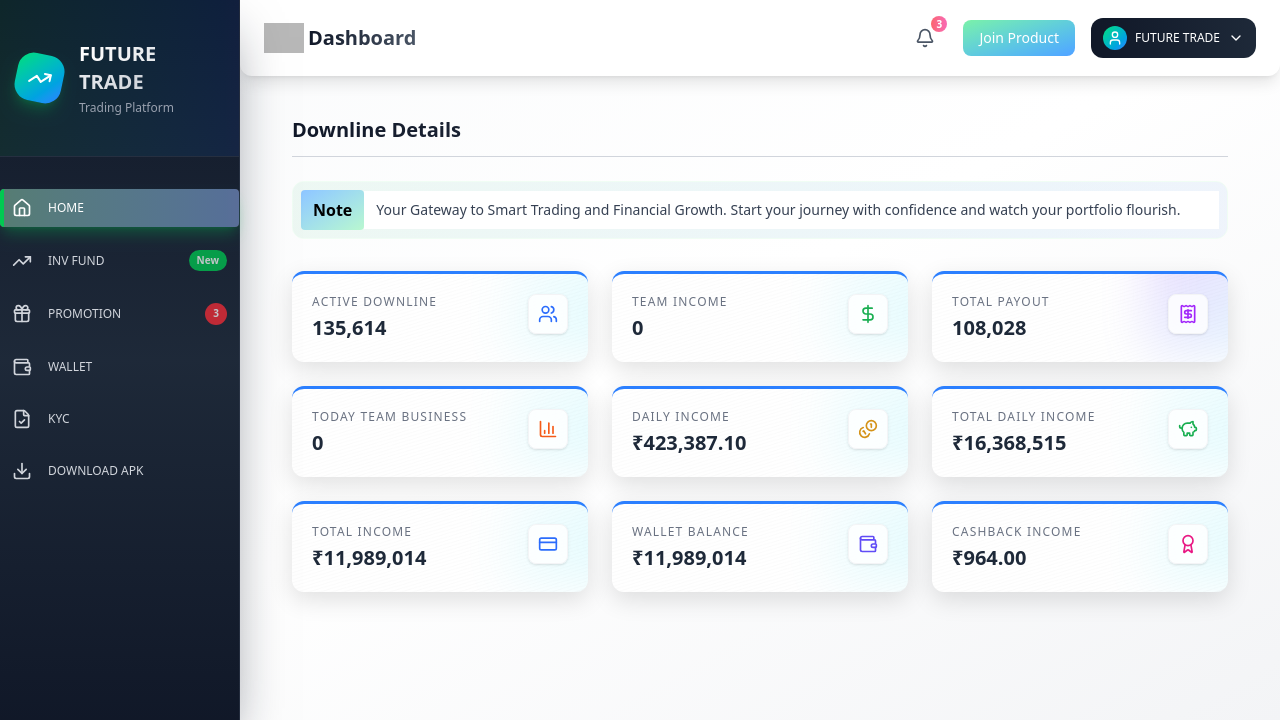
Repository: GauraVPandeyyy/Trade
Page: /
The author's editor kept a copy of each file at every save. The page is drawn from the files as they stood at one save, then again after the next save.
The browser window is 1280 px wide. The pictures show the whole page.
Pictures or frames that could not be fetched are drawn as grey boxes. The project was rebuilt for these pictures with package versions that can differ from the ones it lists, and the page was loaded fresh each time. Some packages were replaced by stand-ins written for this rebuild. Also part of the build but not shown: vite.config.js, src/App.jsx, src/pages/InvFund.jsx, src/pages/Promotion.jsx, src/pages/Wallet.jsx, src/pages/Kyc.jsx, src/pages/DownloadApk.jsx.

Above is the page before, as saved 2025-08-02 16:17:57.

After the next save:
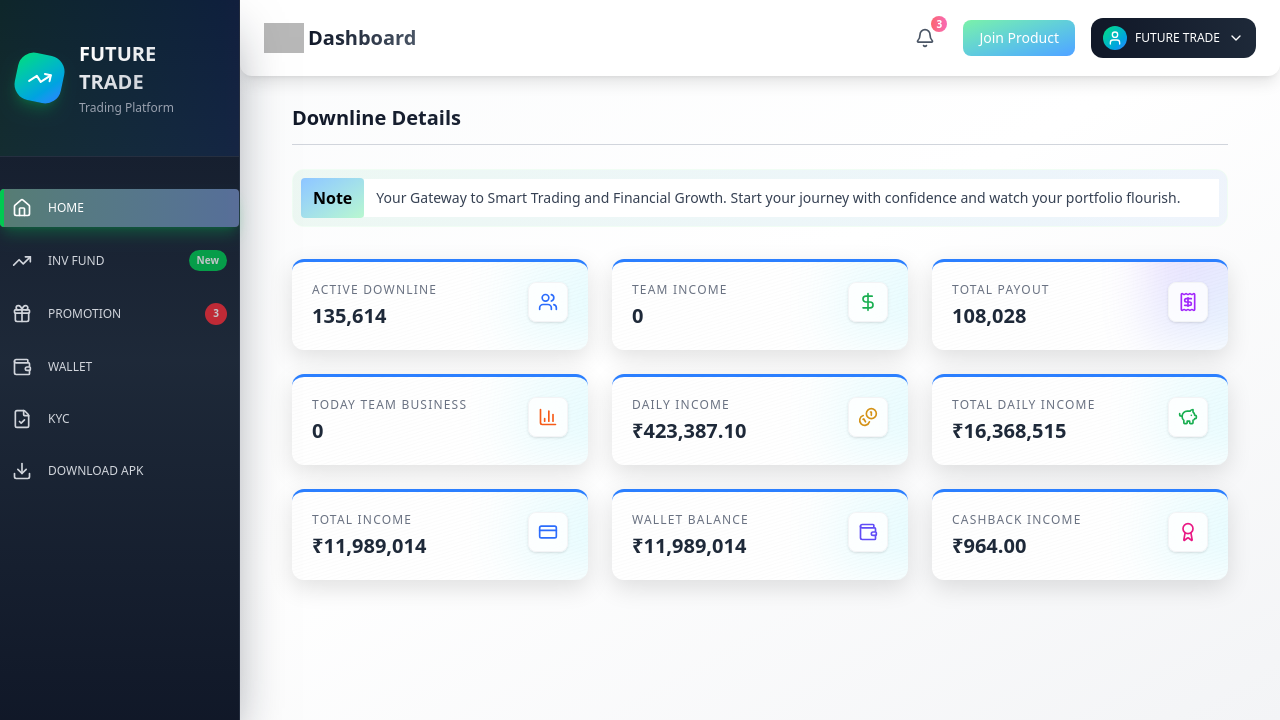
Saved 5 s later.
--- a/src/pages/Homee.jsx
+++ b/src/pages/Homee.jsx
@@ -40,7 +40,7 @@
   }, []);
 
   return (
-    <main className="flex-1 py-4 px-7 space-y-8">
+    <main className="flex-1 py-1 px-7 space-y-8">
       {/* Page Header */}
       <div className={`transform transition-all duration-500 ${statsVisible ? 'translate-y-0 opacity-100' : 'translate-y-4 opacity-0'}`}>
         <div className="mb-6">
